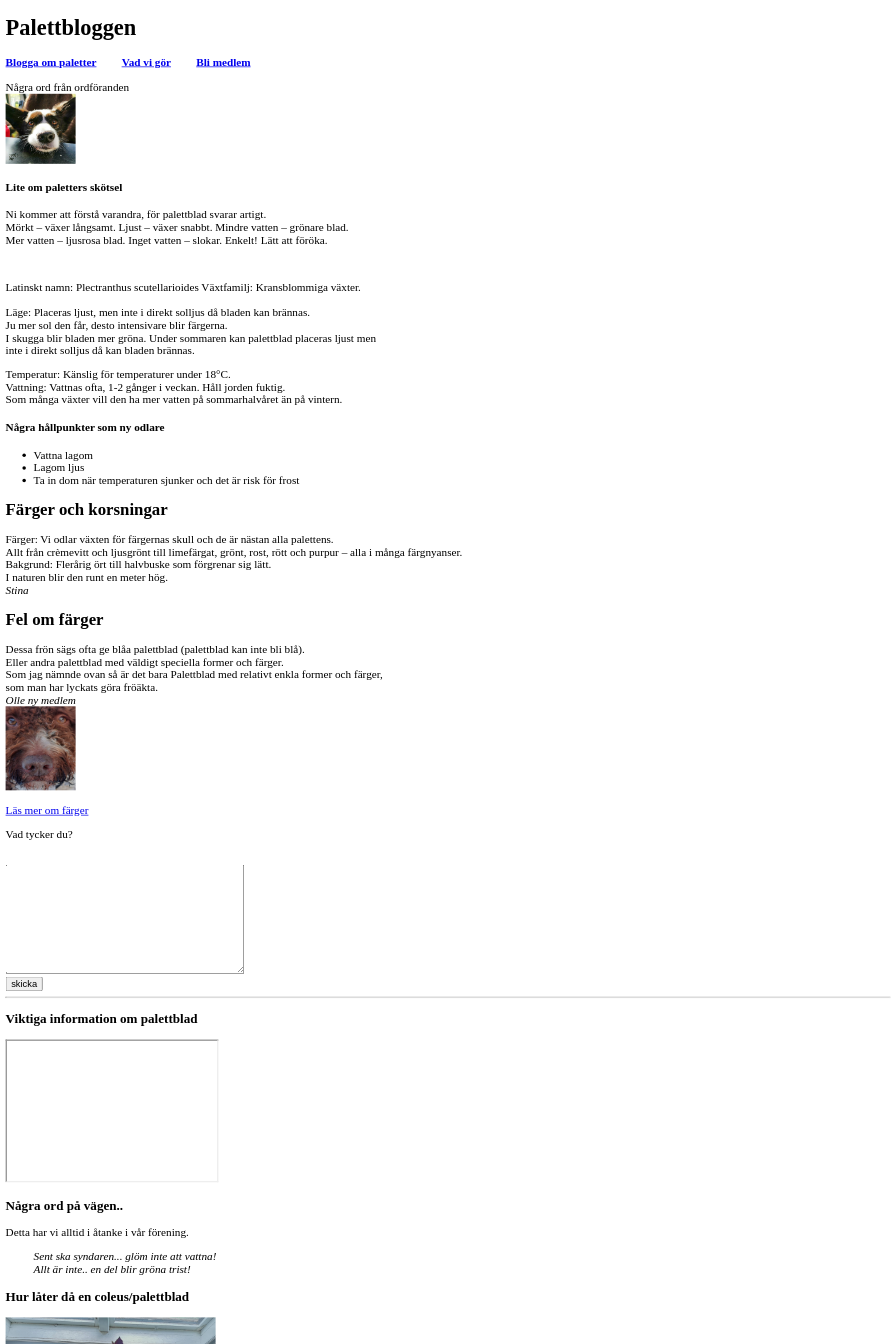
Repository: Webutveckling-20-21/Uppgift-1
Page: blogg.html
An editor plug-in stored every save of this project. The page is shown before and after the next save, followed by the edit.
The browser window is 1280 px wide. The pictures show the part of the page from y = 0 to 1920 px (the page is 2933 px tall before and 2970 px after), at 70% of full size.
Pictures or frames that could not be fetched are drawn as grey boxes.

Above is the page before, as saved 2021-09-07 12:26:13.

### blogg.html
<!DOCTYPE html>
<html lang="sv">

<head>
    <meta charset="UTF-8">
    <meta name="viewport" content="width=device-width, initial-scale=1.0">
    <title>Föreningens blogg</title>
</head>

<body>
    <header>
        <h1>Palettbloggen</h1>
        <!-- Här läggs alla länkar in-->
        <a href="blogg.html"><b> Blogga om paletter</b></a>&nbsp;&nbsp;&nbsp;&nbsp;&nbsp;&nbsp;&nbsp;&nbsp;
        <a href="verksamheten.html"><b> Vad vi gör</b></a>&nbsp;&nbsp;&nbsp;&nbsp;&nbsp;&nbsp;&nbsp;&nbsp;
        <a href="medlemskap.html"><b>Bli medlem</b></a>

    </header>
    <main>
        <section>
            <article>
                <!-- första blogginlägget -->




                  <br>
                <h3<b> Några ord från ordföranden</b><br>
                      <img src="images/ord.jpg" width="100" height="100" alt="Ordförande"> <br>
                       <h4>Lite om paletters skötsel</h4>
                </b></p>

                <p> Ni kommer att förstå varandra, för palettblad svarar artigt. <br> Mörkt – växer långsamt. Ljust
                    –
                    växer
                    snabbt. Mindre vatten – grönare blad. <br> Mer vatten – ljusrosa blad. Inget vatten – slokar.
                    Enkelt!
                    Lätt att föröka. </p> <br>

                <p> Latinskt namn: Plectranthus scutellarioides
                    Växtfamilj: Kransblommiga växter. <br> <br>



                    Läge: Placeras ljust, men inte i direkt solljus då bladen kan brännas. <br>
                    Ju mer sol den får, desto
                    intensivare blir färgerna. <br> I skugga blir bladen mer gröna.
                    Under sommaren kan palettblad placeras ljust men <br> inte i direkt solljus då kan bladen
                    brännas.
                    <br>
                </p>

                Temperatur: Känslig för temperaturer under 18°C. <br>

                Vattning: Vattnas ofta, 1-2 gånger i veckan. Håll jorden fuktig. <br> Som många växter vill den ha
                mer
                vatten på sommarhalvåret än på vintern. <br>

                <h4>Några hållpunkter som ny odlare</h4>
                <ul>
                    <li>Vattna lagom</li>
                    <li>Lagom ljus</li>
                    <li>Ta in dom när temperaturen sjunker och det är risk för frost</li>
                </ul>
                </p>
            </article>

            <article>
                <!-- Andra inlägget  -->
                <h2>Färger och korsningar</h2>
                <p> Färger: Vi odlar växten för färgernas skull och de är nästan alla palettens. <br> Allt från
                    crèmevitt
                    och ljusgrönt till limefärgat, grönt, rost, rött och purpur – alla i många färgnyanser. <br>
                    Bakgrund:
                    Flerårig ört till halvbuske som förgrenar sig lätt. <br> I naturen blir den runt en meter hög. <br>
                    <i> Stina</i>
                </p>


            </article>

            <article>
                <!-- Tredje inlägget -->
                <h2>Fel om färger</h2>
                <p> Dessa frön sägs ofta ge blåa palettblad (palettblad kan inte bli blå). <br> Eller andra palettblad
                    med
                    väldigt speciella former och färger. <br> Som jag nämnde ovan så är det bara Palettblad med relativt
                    enkla former och färger, <br> som man har lyckats göra fröäkta. <br>
                    <i>Olle ny medlem</i>
                    <br>
                    <img src="images/olle.jpg" width="100" height="120" alt="olle">
                </p>

                <a href="https://coleus.blogg.se/">Läs mer om färger</a>
            </article>
            <label for="bloggpost">
                <p>Vad tycker du?</p>
            </label><br>
            <textarea name="" id="bloggpost" cols="40" rows="10"></textarea><br>
            <input type="submit" value="skicka">
        </section>
    </main>
    <hr>
    <aside>
        <section>
            <article>
                <h3>Viktiga information om palettblad</h3>

                <iframe src="https://youtu.be/BvaeieAXEZY" height="200" width="300" title="Iframe Example"></iframe>
            </article>
        </section>
        <article>
            <h3>Några ord på vägen..</h3>
            Detta har vi alltid i åtanke i vår förening.
            <!-- ett element för citat -->
            <blockquote>
                <i> Sent ska syndaren... glöm inte att vattna!</i>
                <br>
                <i> Allt är inte.. en del blir gröna trist!</i>
                <br>
            </blockquote>
            <h3>Hur låter då en coleus/palettblad</h3>
            <img src="images/pal.jpg" width="300" height="200" alt="en palett">
            <figure>
                <audio controls src="sounds/w.oga"></audio>
                <figcaption>Den bubblar av glädje när jag vattnar :).</figcaption>

                <p> Ett vackert samspel mellan människor och växter. <br>
                    <bold> Detta och mycket annat penetrerar vi på våra möten..</bold>
                </p>
            </figure>


            <figure>
                <blockquote>
                    <p>Det var en vacker aprildag ocg jag tittade på mina paletter och upptäckte till min
                        bestörtning-ohyra.</p>
                </blockquote>
                <figcaption> <cite><a href="https://coleus.blogg.se/2019/july/ohyra-trips-spinn-och-mjoldagg.html">
                            Fasan- ohyra - trips, spinn och mjöldagg</a></cite> </figcaption>
            </figure>

        </article>
        <hr>
        <section>
            <article>
                <h3>Var växer då palettblad?</h3>
                <p>
                    <b> <i> Här har vi en växplats som vi lyckats lokalisera
                            Koarp 266 Halland nära skånegränsen. </i> </b> <br> <br>
                    <hr>

                    <iframe width="300" height="200" src="https://kartor.eniro.se/m/GUsQ0">
                    </iframe> <br>

                    <b> Här ser ni en odlare </b><br>
                    <img src="images/odl.jpg" width="100" height="100" alt="en odlare"> <br>

                </p>
                <hr>
            </article>
        </section>

    </aside> <br><br>
    <hr>
    <footer>
        <p> &copy; Palettföreningen</p>
        <nav>
            <p>
                <a href="blogg.html">Startsidan</a> -
                <a href="villkor.html">Användarvillkor</a> -
                <a href="kontakt.html">Kontakt</a>
            </p>
        </nav>


    </footer>
    <hr>
</body>


</html>

After the next save:
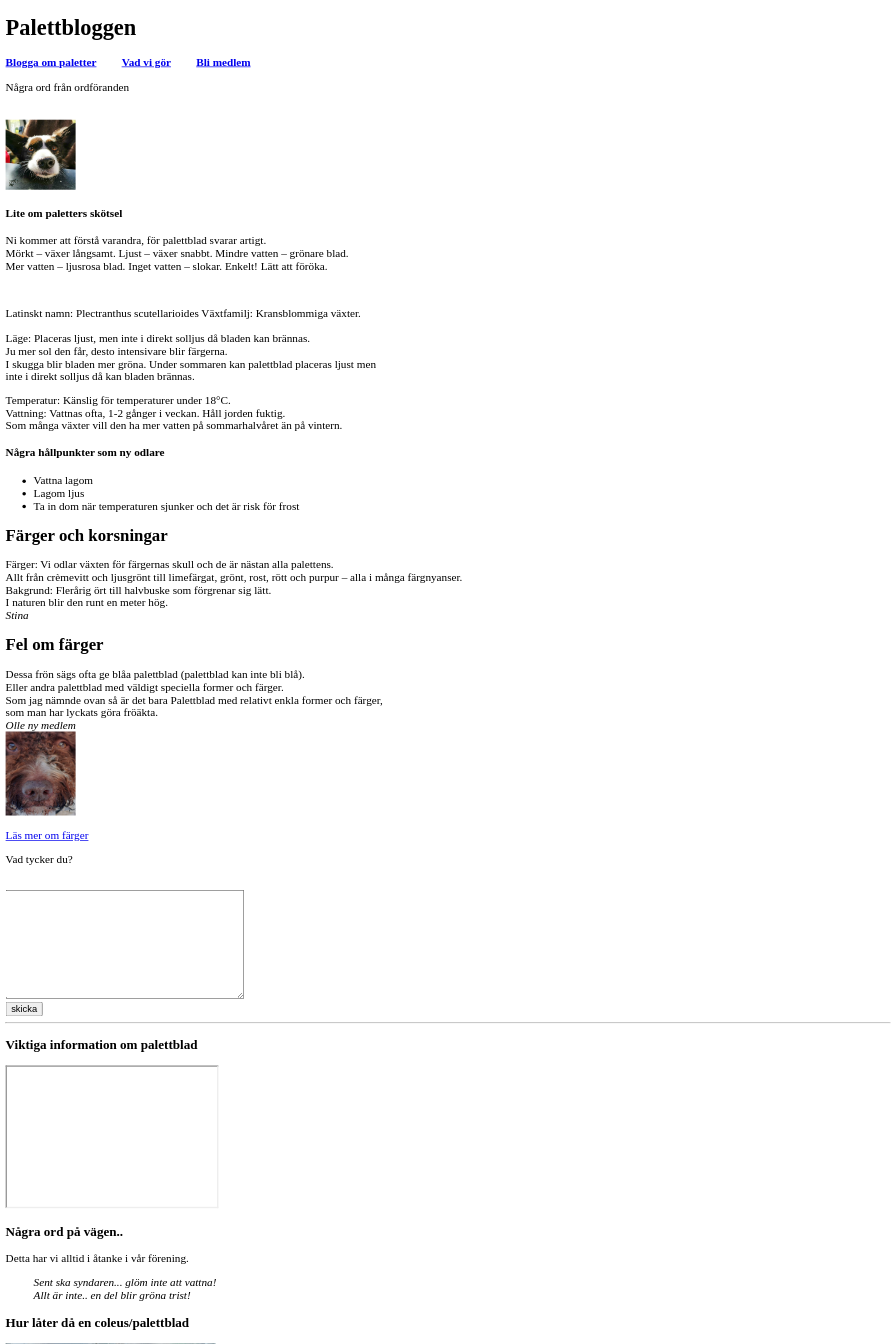
Saved 11 s later.
--- a/blogg.html
+++ b/blogg.html
@@ -25,7 +25,7 @@
 
 
                   <br>
-                <h3<b> Några ord från ordföranden</b><br>
+                <h3<b> Några ord från ordföranden</b><h3></h3><br>
                       <img src="images/ord.jpg" width="100" height="100" alt="Ordförande"> <br>
                        <h4>Lite om paletters skötsel</h4>
                 </b></p>

After the save that followed:
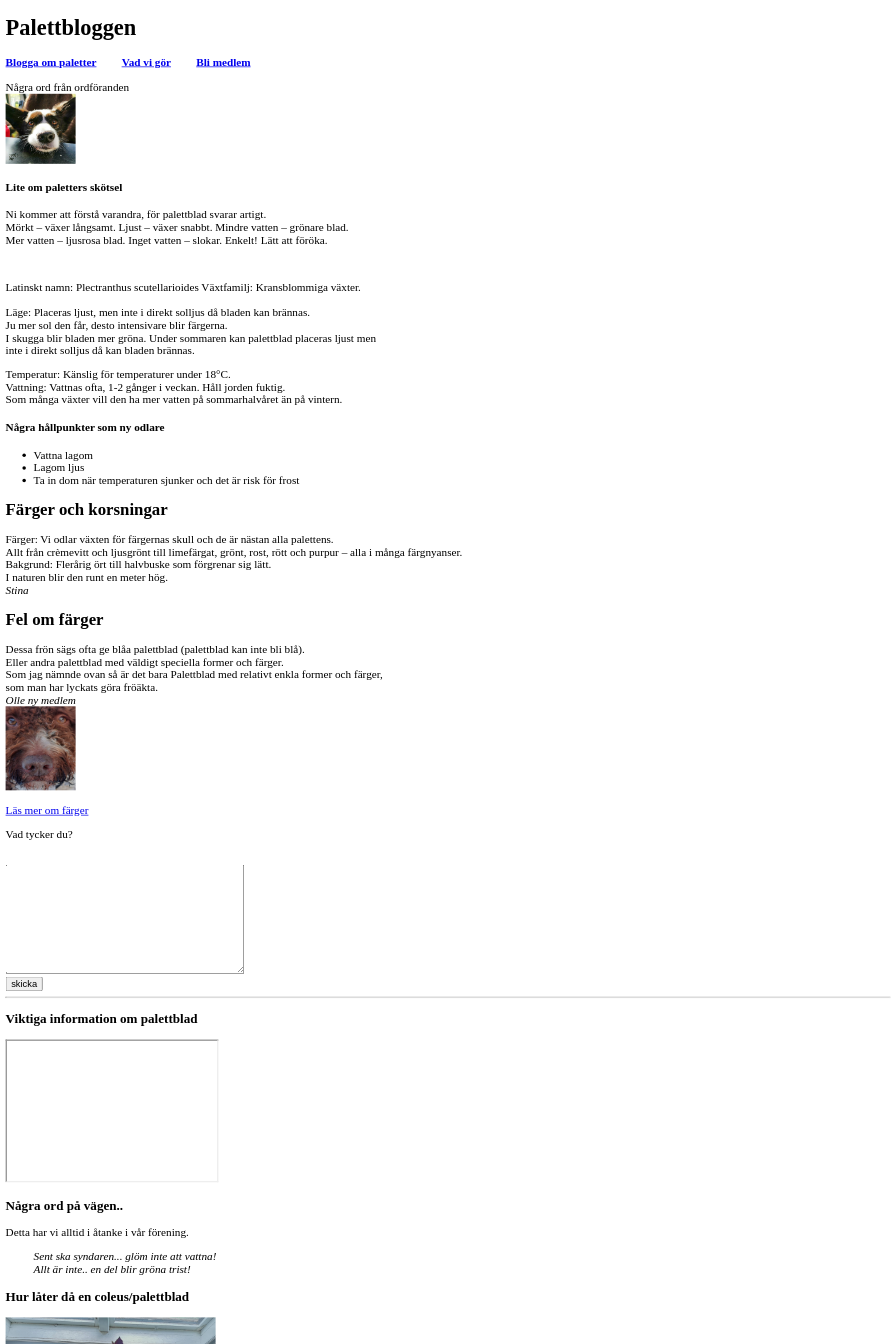
Saved 7 s later.
--- a/blogg.html
+++ b/blogg.html
@@ -25,7 +25,7 @@
 
 
                   <br>
-                <h3<b> Några ord från ordföranden</b><h3></h3><br>
+                <h3<b> Några ord från ordföranden</b></h3><br>
                       <img src="images/ord.jpg" width="100" height="100" alt="Ordförande"> <br>
                        <h4>Lite om paletters skötsel</h4>
                 </b></p>
